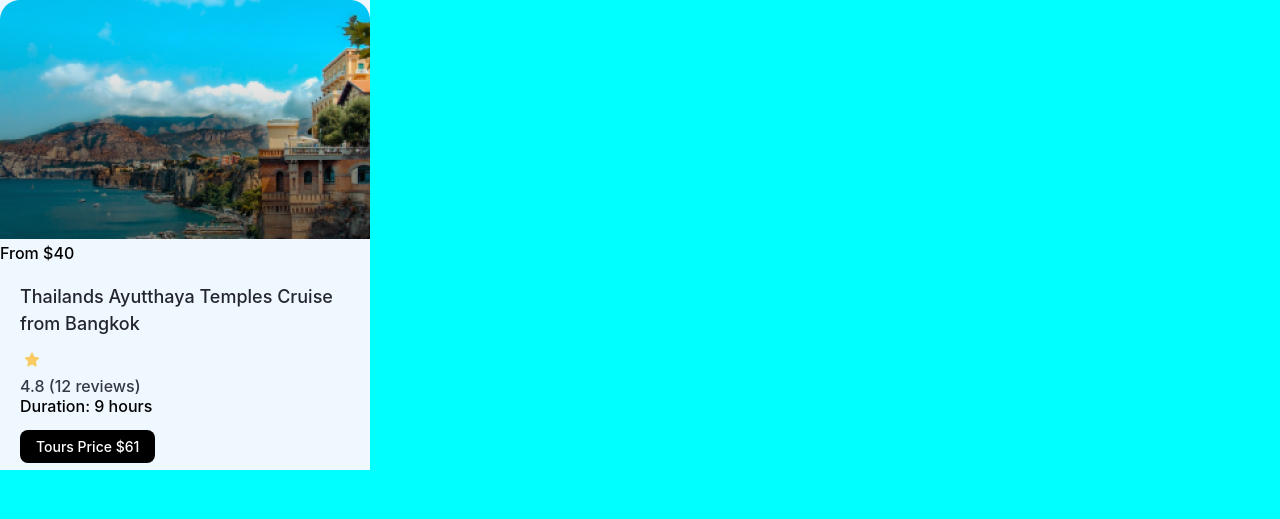
Repository: nguyentuankiet-k61/K_IT-demo
Page: index.html
These files come from the project's save history. The page is drawn as it stood at one moment and after the next save; the edit follows.
The browser window is 1280 px wide. The pictures show the whole page.
Some web fonts or font styles are not loaded; a fallback is used.

Above is the page before, as saved 2022-09-29 15:38:07.

After the next save:
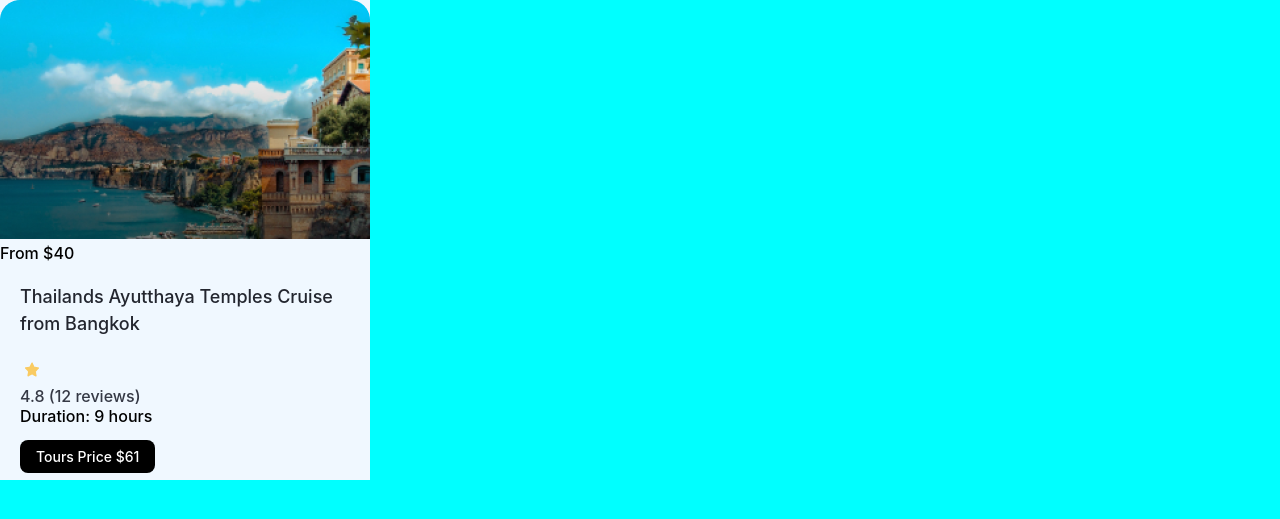
Saved 7 min 21 s later.
--- a/CSS/app.css
+++ b/CSS/app.css
@@ -21,6 +21,7 @@ body{
 .Tours_title{
     color: #23262F;
     margin-bottom: 10px;
+    padding-bottom: 10px;
     font-weight: 500;
     line-height: 27px;
     font-size: 18px;
